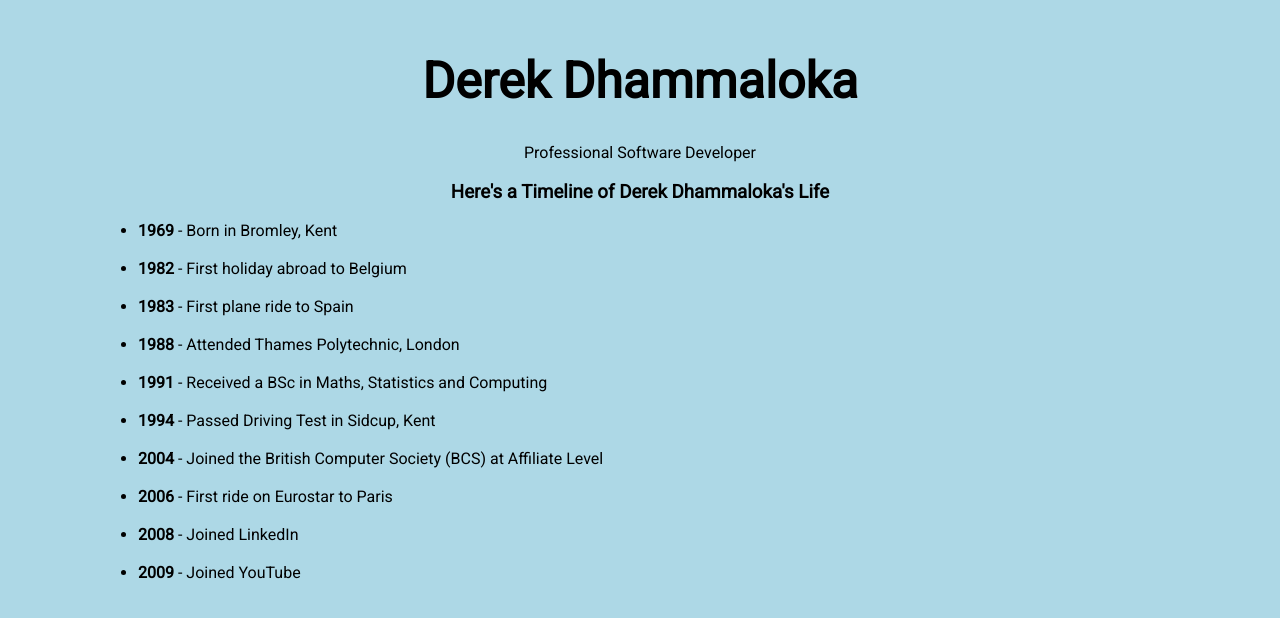
Repository: derektypist/tribute-page
Page: index.html
The author's editor kept a record of every edit. The page is drawn from the files as they stood at one moment, then again after the next edit.
The browser window is 1280 px wide. The pictures show the whole page.

Above is the page before.

After the next edit:
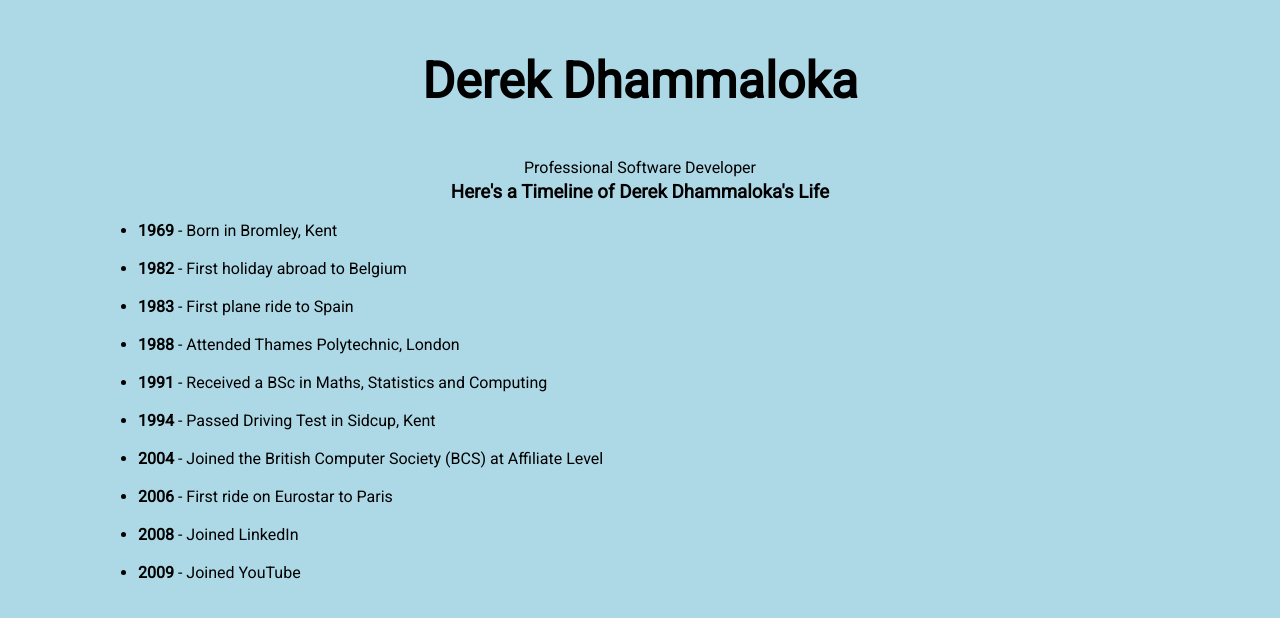
The edit:
--- a/index.html
+++ b/index.html
@@ -54,7 +54,7 @@
     <!-- Set Header Element -->
     <header>
         <h1 id="title">Derek Dhammaloka</h1>
-        <p>Professional Software Developer</p>
+        <p id="title-info">Professional Software Developer</p>
     </header>
 
     <!-- Set Main Element -->
